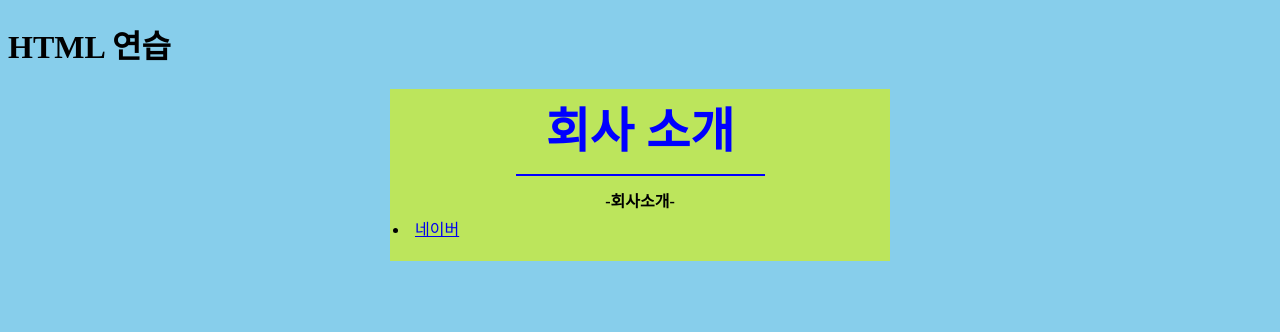
Repository: leeseungho1994/test09
Page: html/NewFile.html
These files come from the project's save history. The page is drawn as it stood at one moment and after the next save; the edit follows.
The browser window is 1280 px wide. The pictures show the whole page.

Above is the page before, as saved 2020-10-29 09:05:53.

After the next save:
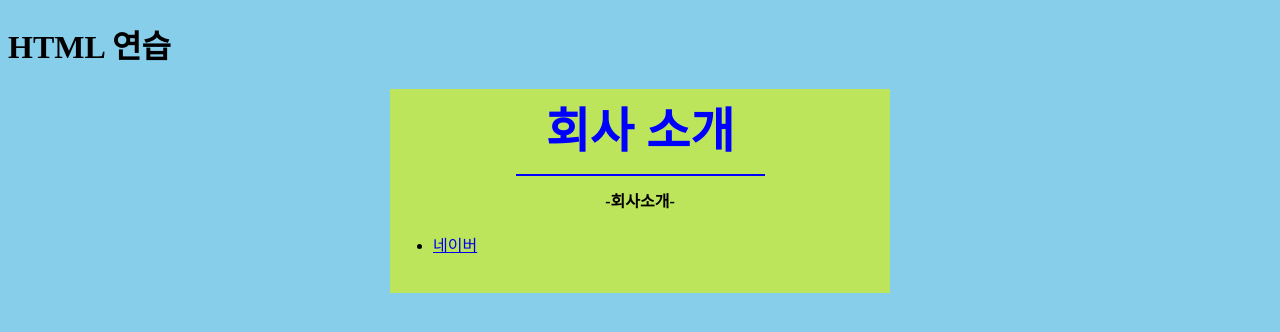
Saved 33 s later.
--- a/html/NewFile.html
+++ b/html/NewFile.html
@@ -18,7 +18,7 @@
 			<th>-회사소개-</th>
 		</tr>
 		<tr>
-			<td><li><a href="https://www.naver.com/">네이버</a></li></br></td>
+			<td><ul><li><a href="https://www.naver.com/">네이버</a></li></ul></br></td>
 		</tr>
 	</table>
 </body>
